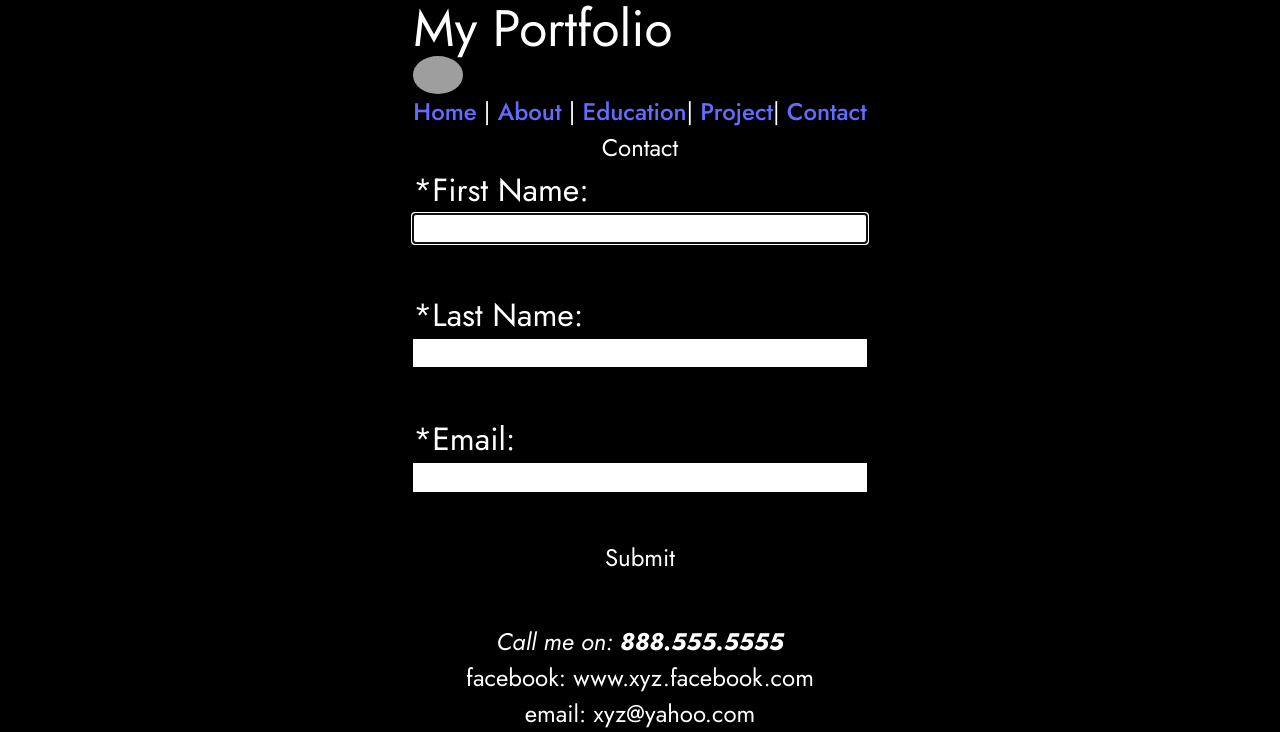
Repository: EricEE1022/myPortfolio
Page: /contact (app in client/)
An editor plug-in stored every save of this project. The page is shown before and after a run of saves, followed by the edit.
The browser window is 1280 px wide. The pictures show the whole page.
Pictures or frames that could not be fetched are drawn as grey boxes. The project was rebuilt for these pictures with package versions that can differ from the ones it lists, and the page was loaded fresh each time. Also part of the build but not shown: client/vite.config.js, client/components/Home.jsx, client/src/about.css, client/src/about.jsx, client/src/education.jsx, client/src/project.css, client/src/project.jsx.

Above is the page before, as saved 2024-10-07 18:59:48.

### client/index.html
<!doctype html>
<html lang="en">
  <head>
    <meta charset="UTF-8" />
    <link rel="icon" type="image/svg+xml" href="/vite.svg" />
    <meta name="viewport" content="width=device-width, initial-scale=1.0" />
    <title>Eric Emiowei</title>
  </head>
  <body>
    <div id="root"></div>
    <script type="module" src="/src/index.jsx"></script>
  </body>
</html>

### client/src/index.jsx
// Student Name: Ebibulukemi Emiowei (Eric)
// Student ID: 301367312
// Date: 09/29/2024

import React from 'react';
import ReactDOM from 'react-dom/client';
import './styles/index.css';
import App from './App.jsx';


const root = ReactDOM.createRoot(document.getElementById('root'));
root.render(
  <React.StrictMode>
    <App />
  </React.StrictMode>
);

### client/src/styles/index.css
/* Student Name: Ebibulukemi Emiowei (Eric)
Student ID: 301367312
Date: 09/29/2024 */

@import url('https://fonts.googleapis.com/css2?family=Jost:ital,wght@0,100..900;1,100..900&display=swap');

@tailwind base;
@tailwind components;
@tailwind utilities;

body {
  @apply font-jost bg-gray-900 text-white;
}

.custom-class {
  @apply p-4 bg-blue-500 text-center rounded-lg;
}

### client/src/App.jsx
import React from 'react';
import { BrowserRouter as Router } from 'react-router-dom';
//import { ThemeProvider } from '@material-ui/styles';
import MainRouter from '../MainRouter';
//import Contact from './contact'
//import theme from '../theme';
//import { hot } from 'react-hot-loader'
const App = () => {
 return (
 <Router>

 <MainRouter />

 </Router>
 );
};
export default App;

### client/MainRouter.jsx
import React from 'react'
import { Route, Routes } from 'react-router-dom'
import Home from './components/Home'
import About from './src/about'
import Contact from './src/contact'
import Education from './src/education'
import Project from './src/project'
import Layout from './components/layout'
const MainRouter = () => {
 return (<div>
 <Layout/>
 <Routes>

<Route exact path="/" element={<Home />} />
<Route exact path="/about" element={<About />} />
<Route exact path="/education" element={<Education />} />
<Route exact path="/project" element={<Project />} />
<Route exact path="/contact" element={<Contact />} />

 </Routes>
 </div>
 )
}
export default MainRouter

### client/src/contact.jsx
/*import '../src/contact.css'
export default function Contact() {
     return (
     <>
     <p>Contact</p>
     <form id="ffp">


				<label htmlFor="myFName"> *First Name: </label>
				<input type="text" id="myFName" name="myFName" required="required" autoFocus /> <br /> <br />

				<label htmlFor="myLName"> *Last Name: </label>
				<input type="text" id="myLName" name="myLName" required="required" /> <br /> <br />


				<label htmlFor="myEmail"> *Email: </label>
				<input type="email" id="myEmail" name="myEmail" required="required" /> <br /> <br />

				<input type="submit" className="submit" value="Submit" /> <br />


		</form> <br></br>
          <p><i>Call me on: <strong>888.555.5555 </strong></i></p>
 <p>facebook:www.xyz.facebook.com</p>
 <p>email:xyz@yahoo.com</p>
     </>
     );
     }
    */

     import '../src/contact.css';
import { useState } from 'react';

export default function Contact() {
    const [formData, setFormData] = useState({
        myFName: '',
        myLName: '',
        myEmail: '',
    });

    const handleChange = (event) => {
        const { name, value } = event.target;
        setFormData((prevData) => ({
            ...prevData,
            [name]: value,
        }));
    };

    const handleSubmit = async (event) => {
        event.preventDefault(); // Prevent the default form submission

        try {
            const response = await fetch('http://localhost:3000/api/contacts', {
                method: 'POST',
                headers: {
                    'Content-Type': 'application/json',
                },
                body: JSON.stringify(formData),
            });

            if (!response.ok) {
                throw new Error('Network response was not ok');
            }

            const result = await response.json();
            console.log('Success:', result);
            alert('Data saved successfully!');
            // Optionally reset the form
            setFormData({
                myFName: '',
                myLName: '',
                myEmail: '',
            });
        } catch (error) {
            console.error('Error:', error);
            alert('There was an error saving the data.');
        }
    };

    return (
        <>
            <p>Contact</p>
            <form id="ffp" onSubmit={handleSubmit}>
                <label htmlFor="myFName"> *First Name: </label>
                <input
                    type="text"
                    id="myFName"
                    name="myFName"
                    value={formData.myFName}
                    onChange={handleChange}
                    required
                    autoFocus
                />
                <br />
                <br />

                <label htmlFor="myLName"> *Last Name: </label>
                <input
                    type="text"
                    id="myLName"
                    name="myLName"
                    value={formData.myLName}
                    onChange={handleChange}
                    required
                />
                <br />
                <br />

                <label htmlFor="myEmail"> *Email: </label>
                <input
                    type="email"
                    id="myEmail"
                    name="myEmail"
                    value={formData.myEmail}
                    onChange={handleChange}
                    required
                />
                <br />
                <br />

                <input type="submit" className="submit" value="Submit" />
                <br />
            </form>
            <br />
            <p>
                <i>Call me on: <strong>888.555.5555 </strong></i>
            </p>
            <p>facebook: www.xyz.facebook.com</p>
            <p>email: xyz@yahoo.com</p>
        </>
    );
}

### client/components/layout.jsx
import React from 'react';
import { Link } from 'react-router-dom';
import football1 from '../src/assets/football1.jfif';
export default function Layout() {
 return (
 <>

 <h1>My Portfolio</h1>

 < img src={football1}alt="football" className="football" width="50px" height="50px"/>
 <nav>

 <Link to="/">Home</Link> | <Link to="/about">About</Link> | <Link to="/education">Education</Link>| <Link to="/project">Project</Link>| <Link to="/contact">Contact</Link>
 </nav>

<br/>
 <hr />

 </>

 );
}

### client/src/index.css
:root {
  font-family: Inter, system-ui, Avenir, Helvetica, Arial, sans-serif;
  line-height: 1.5;
  font-weight: 400;

  color-scheme: light dark;
  color: rgba(255, 255, 255, 0.87);
  background-color: #242424;

  font-synthesis: none;
  text-rendering: optimizeLegibility;
  -webkit-font-smoothing: antialiased;
  -moz-osx-font-smoothing: grayscale;
}

a {
  font-weight: 500;
  color: #646cff;
  text-decoration: inherit;
}
a:hover {
  color: #535bf2;
}

body {
  margin: 0;

  place-items: center;
  min-width: 320px;
  min-height: 100vh;
  background-color:black;
  color:white;
  align-content: center;
}

h1 {
  font-size: 3.2em;
  line-height: 1.1;
}

button {
  border-radius: 8px;
  border: 1px solid transparent;
  padding: 0.6em 1.2em;
  font-size: 1em;
  font-weight: 500;
  font-family: inherit;
  background-color: #1a1a1a;
  cursor: pointer;
  transition: border-color 0.25s;
}
button:hover {
  border-color: #646cff;
}
button:focus,
button:focus-visible {
  outline: 4px auto -webkit-focus-ring-color;
}

@media (prefers-color-scheme: light) {
  :root {
    color: #213547;
    background-color: #ffffff;
  }
  a:hover {
    color: #747bff;
  }
  button {
    background-color: #f9f9f9;
  }
}

nav {
float:right;
font-size:x-large;

}






.bg{
  position:absolute;
  top: -4em;
  right: 0;
  z-index: -1;
  object-fit: cover;
  height: 100vh;

}

.introContent {
  height: 100vh;
  width: 100vw;
  padding: 3em;
  padding-top: 1em;
  font-size: 3em;
  font-weight: 700;

  justify-content: center;
}

.hello {
  font-size: 1.75rem;
  font-weight:100px;
}

.introName {
  color: Blue;
}


.introPara {
  font-size: 40px;
  font-weight: 100;
}

.btn {
  background: white;
  margin: 1rem 0;
  padding: 0.75rem 1.5rem;
  border: none;
  border-radius: 2rem;
}


.btnImg{
  object-fit: cover;
  margin: 0 0.25rem;
  height: 1rem;
}

@media screen and (max-width:480px){
  .bg {
    right: -20vw
  }
}

img{
border-radius: 90%;
size: 40px;

}

html{
  scroll-behavior: smooth;
  overflow-x: hidden;
  overflow-y: scroll;
  margin-left: auto;
  margin-right: auto;
}

### client/src/contact.css
#ffp{




    max-width: 50rem;
    display: flex;
    flex-direction: column;
    justify-content: center;
    margin: 0 auto;


}

label{
    font-size:xx-large;
}

input{
    font-size: larger;
}

.submit{
    font-size:x-large;
}

p,a{
    font-size:x-large;
    text-align: center;
}

### client/src/education.css
:root {
    font-family: Inter, system-ui, Avenir, Helvetica, Arial, sans-serif;
    line-height: 1.5;
    font-weight: 400;

    color-scheme: light dark;
    color: rgba(255, 255, 255, 0.87);
    background-color: #242424;

    font-synthesis: none;
    text-rendering: optimizeLegibility;
    -webkit-font-smoothing: antialiased;
    -moz-osx-font-smoothing: grayscale;
  }

  a {
    font-weight: 500;
    color: #646cff;
    text-decoration: inherit;
  }
  a:hover {
    color: #535bf2;
  }

  body {
    margin: auto;

    place-items: center;
    min-width: 320px;
    min-height: 100vh;
    background-color:black;
    color:white;
    align-content: center;
  }

  h1 {
    font-size: 3.2em;
    line-height: 1.1;
  }

  button {
    border-radius: 8px;
    border: 1px solid transparent;
    padding: 0.6em 1.2em;
    font-size: 1em;
    font-weight: 500;
    font-family: inherit;
    background-color: #1a1a1a;
    cursor: pointer;
    transition: border-color 0.25s;
  }
  button:hover {
    border-color: #646cff;
  }
  button:focus,
  button:focus-visible {
    outline: 4px auto -webkit-focus-ring-color;
  }

  @media (prefers-color-scheme: light) {
    :root {
      color: #213547;
      background-color: #ffffff;
    }
    a:hover {
      color: #747bff;
    }
    button {
      background-color: #f9f9f9;
    }
  }

  nav {
  float:right;
  font-size:x-large;

  }






  .bg{
    position:absolute;
    top: -4em;
    right: 0;
    z-index: -1;
    object-fit: cover;
    height: 100vh;

  }

  .introContent {
    height: 100vh;
    width: 100vw;
    padding: 3em;
    padding-top: 1em;
    font-size: 3em;
    font-weight: 700;

    justify-content: center;
  }

  .hello {
    font-size: 1.75rem;
    font-weight:100px;
  }

  .introName {
    color: Blue;
  }


  .introPara {
    font-size: 40px;
    font-weight: 100;
  }

  .btn {
    background: white;
    margin: 1rem 0;
    padding: 0.75rem 1.5rem;
    border: none;
    border-radius: 2rem;
  }


  .btnImg{
    object-fit: cover;
    margin: 0 0.25rem;
    height: 1rem;
  }

  @media screen and (max-width:480px){
    .bg {
      right: -20vw
    }
  }

  img{
  border-radius: 90%;
  size: 40px;

  }

  html{
    scroll-behavior: smooth;
    overflow-x: hidden;
    overflow-y: scroll;
    margin-left: auto;
    margin-right: auto;
  }

### client/tailwind.config.js
/** @type {import('tailwindcss').Config} */
module.exports = {
  content: ["./src/**/*.{js,jsx,ts,tsx}"],
  theme: {
    extend: {
      fontFamily: {
        jost: ['Jost', 'sans-serif'],
      },
    },
  },
  plugins: [],
}

After the next 3 saves:
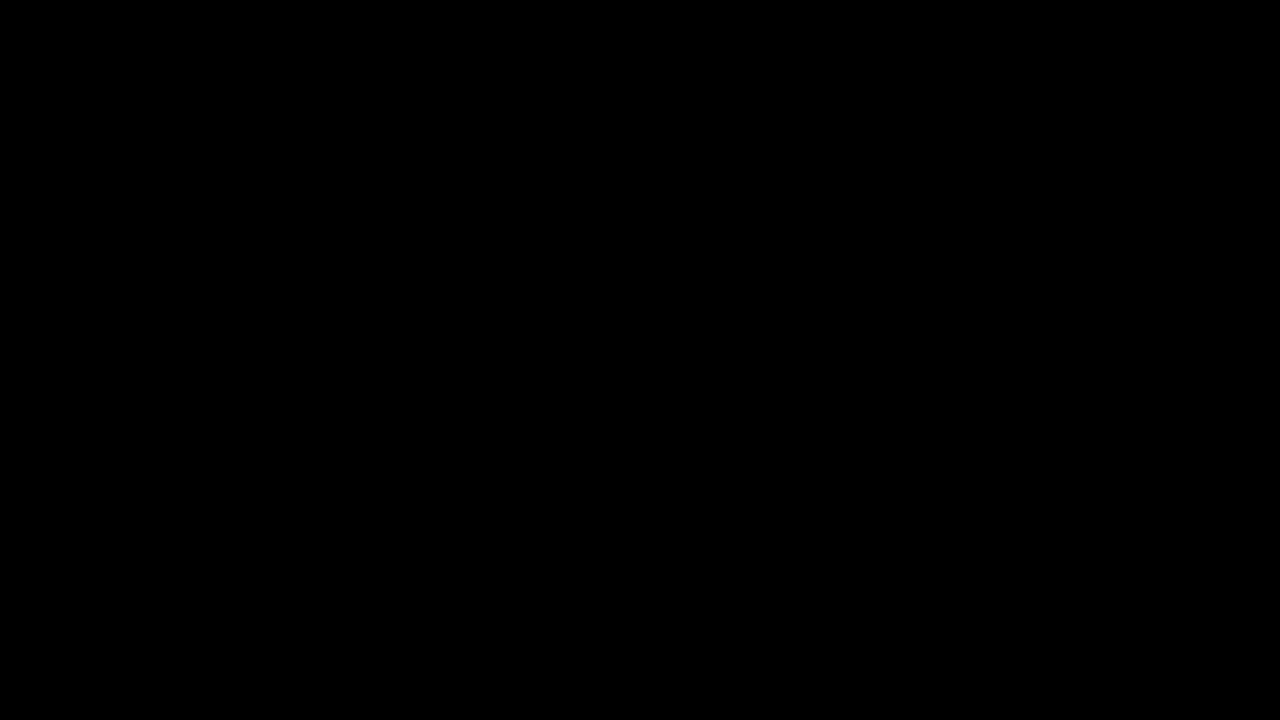
Console error (its wording comes from the project's code and is left out).
The 3 saves are shown as one change because 1 did not build or start and some came seconds apart.
The last was saved 26 min 38 s later.
--- a/client/src/contact.jsx
+++ b/client/src/contact.jsx
@@ -28,7 +28,7 @@
      }
     */
 
-     import '../src/contact.css';
+    /* import '../src/contact.css';
 import { useState } from 'react';
 
 export default function Contact() {
@@ -130,3 +130,4 @@
         </>
     );
 }
+*/

After the 2 saves that followed:
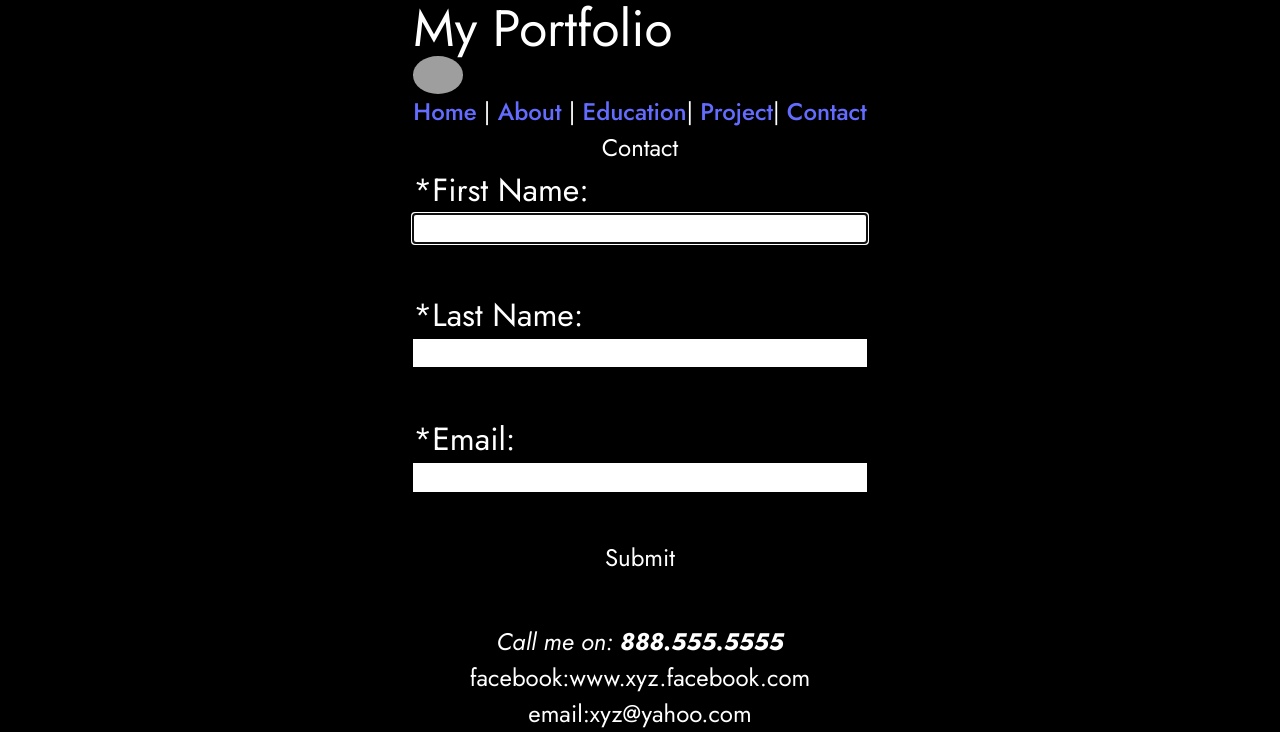
The error is gone.
The 2 saves are shown as one change because 1 did not build or start.
The last was saved 26 s later.
--- a/client/src/contact.jsx
+++ b/client/src/contact.jsx
@@ -1,4 +1,4 @@
-/*import '../src/contact.css'
+import '../src/contact.css'
 export default function Contact() {
      return (
      <>
@@ -26,7 +26,7 @@
      </>
      );
      }
-    */
+
 
     /* import '../src/contact.css';
 import { useState } from 'react';
